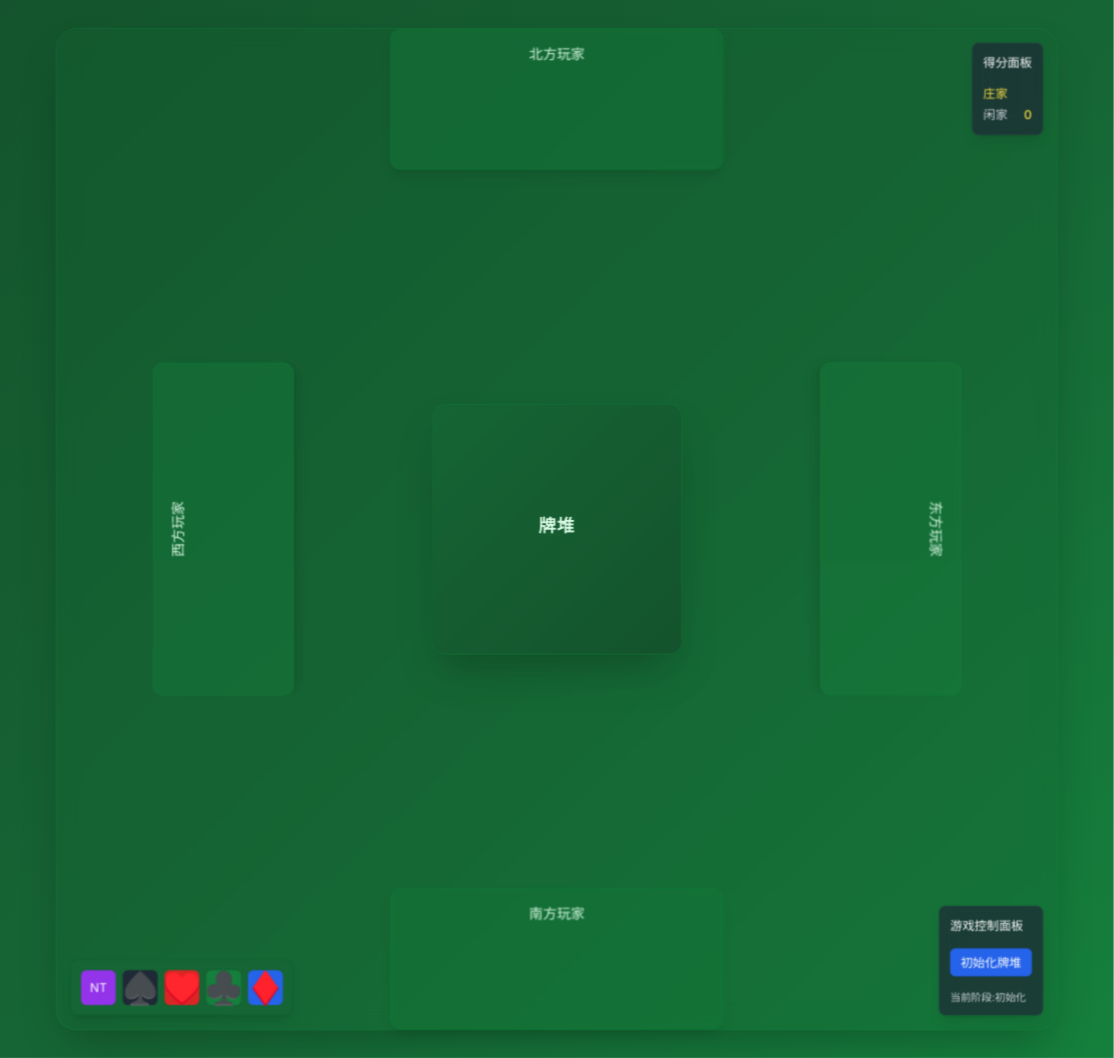
Repository: laofansay/Tractor80
Page: /
These files come from the project's save history. The page is drawn as it stood at one moment and after the next save; the edit follows.
The browser window is 1280 px wide. The pictures show the whole page, at 87% of full size.
The project was rebuilt for these pictures with package versions that can differ from the ones it lists, and the page was loaded fresh each time. The framework's server and built-in components were replaced by stand-ins that run in the browser. Also part of the build but not shown: next.config.js, app/components/Card.tsx.

Above is the page before, as saved 2025-03-09 00:22:36.

After the next save:
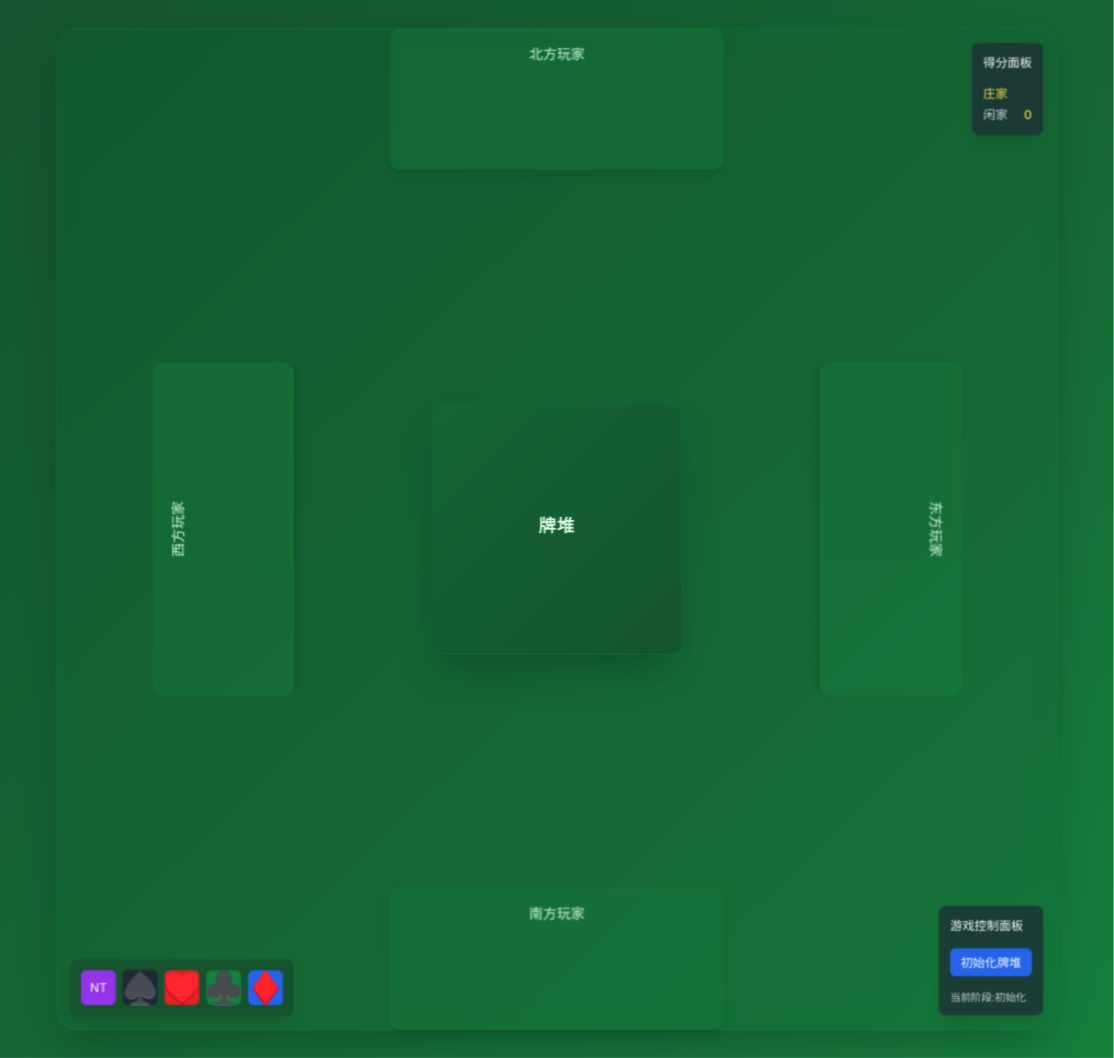
Saved 9 s later.
--- a/app/components/TrumpSelectionPanel.tsx
+++ b/app/components/TrumpSelectionPanel.tsx
@@ -14,7 +14,7 @@ export function TrumpSelectionPanel({ onSelectTrump, gamePhase }: TrumpSelection
   }
 
   return (
-    <div className="absolute bottom-4 left-4 p-3 bg-green-800 rounded-lg backdrop-blur-md shadow-lg">
+    <div className="absolute bottom-4 left-4 p-3 bg-green-900 rounded-lg backdrop-blur-md shadow-lg">
       <div className="flex flex-row gap-2">
         <button
           onClick={() => onSelectTrump(null)}
